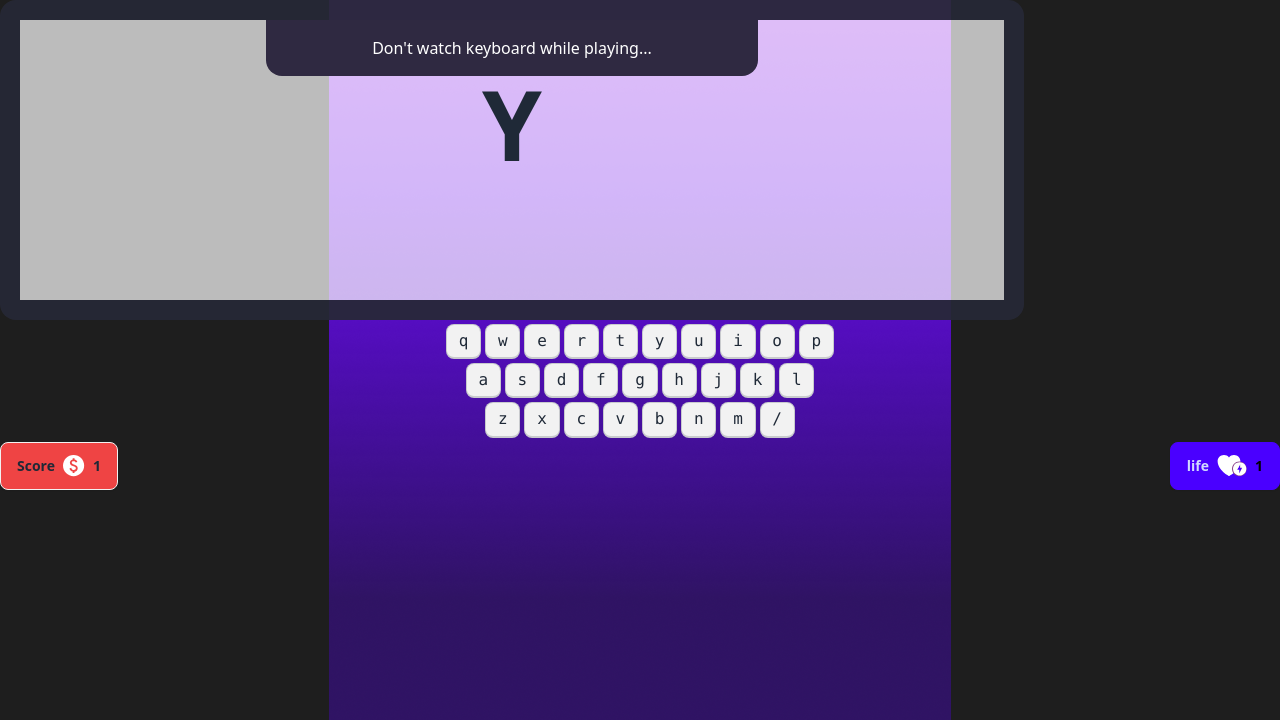
Repository: RudrasahaDibos/Alphabet-clash-
Page: index.html
These files come from the project's save history. The page is drawn as it stood at one moment and after a run of saves; the edit follows.
The browser window is 1280 px wide. The pictures show the whole page.
Some web fonts or font styles are not loaded; a fallback is used. Some web libraries are served in a nearby version.

Above is the page before, as saved 2024-11-04 12:28:32.

### index.html
<!DOCTYPE html>
<html lang="en">
    <head>
        <meta charset="UTF-8">
        <meta name="viewport" content="width=device-width, initial-scale=1.0">
        <title>Alphabet Clash</title>
        <!-- daisy apa -->
        <link
            href="https://cdn.jsdelivr.net/npm/daisyui@4.12.14/dist/full.min.css"
            rel="stylesheet" type="text/css" />
        <script src="https://cdn.tailwindcss.com"></script>

        <!-- custom css  -->
        <link rel="stylesheet" href="style.css">

    </head>
    <body>
        <main
            class="bg-[#1E1E1E] min-h-screen bg-[url(images/background.png)] bg-no-repeat bg-center ">
            <!-- home screen  start here -->
            <section class="min-h-screen flex justify-center items-center hidden">
                <div class="flex flex-col justify-center items-center gap-10 ">
                    <h1
                        class="text-white text-8xl font-extrabold anton-sc-regular uppercase ">ALPHABET
                        CLASH</h1>
                    <p class="text-white ">Unleash Your Keyboard Kung Fu : Press
                        “Enter” to Play</p>
                    <button class="btn bg-white text-black">Play Now </button>
                </div>
            </section>
            <!-- home screen end here -->
            <!-- midlle screen start here -->
            <section>
                    <!-- display screen start here -->
                    <div class="artboard artboard-horizontal phone-6 border-[20px] border-[#010313CC] bg-[#FFFFFFB3] rounded-2xl">
                          <div class="flex justify-center ">
                            <p class="text-white bg-[#2F2941] p-4 text-center rounded-b-2xl w-2/4">Don't watch keyboard  while playing...</p>
                          </div>

                          <span class="text-8xl font-extrabold flex justify-center ">Y</span>
                    </div>
                     <!-- dispaly screen end here -->

                     <!-- keyboard start here  -->
                               <div>
                                <div class="my-1 flex w-full justify-center gap-1">
                                    <kbd class="kbd">q</kbd>
                                    <kbd class="kbd">w</kbd>
                                    <kbd class="kbd">e</kbd>
                                    <kbd class="kbd">r</kbd>
                                    <kbd class="kbd">t</kbd>
                                    <kbd class="kbd">y</kbd>
                                    <kbd class="kbd">u</kbd>
                                    <kbd class="kbd">i</kbd>
                                    <kbd class="kbd">o</kbd>
                                    <kbd class="kbd">p</kbd>
                                  </div>
                                  <div class="my-1 flex w-full justify-center gap-1">
                                    <kbd class="kbd">a</kbd>
                                    <kbd class="kbd">s</kbd>
                                    <kbd class="kbd">d</kbd>
                                    <kbd class="kbd">f</kbd>
                                    <kbd class="kbd">g</kbd>
                                    <kbd class="kbd">h</kbd>
                                    <kbd class="kbd">j</kbd>
                                    <kbd class="kbd">k</kbd>
                                    <kbd class="kbd">l</kbd>
                                  </div>
                                  <div class="my-1 flex w-full justify-center gap-1">
                                    <kbd class="kbd">z</kbd>
                                    <kbd class="kbd">x</kbd>
                                    <kbd class="kbd">c</kbd>
                                    <kbd class="kbd">v</kbd>
                                    <kbd class="kbd">b</kbd>
                                    <kbd class="kbd">n</kbd>
                                    <kbd class="kbd">m</kbd>
                                    <kbd class="kbd">/</kbd>
                                  </div>
                               </div>
                      <!-- keyboard end here -->

                      <!-- life and scrore button here -->
                               <div class="flex justify-between ">
                                <button class="btn bg-red-500">
                                    Score
                                      <img src="images/love.svg" alt="">
                                      <span>1</span>
                                  </button>

                                  <button class="btn btn-primary">
                                     life
                                    <img src="images/dolar.svg" alt="">
                                    <span class="text-black">1</span>
                                  </button>
                               </div>
                      <!-- life and scrore button end here -->
            </section>
            <!-- midlle screen end here -->
             <!-- last screen start here -->
            <section>

            </section>
            <!-- last screen end here -->
        </main>
    </body>
</html>

### style.css


@import url('https://fonts.googleapis.com/css2?family=Anton+SC&family=Manrope:wght@200..800&display=swap');


.font-manrope {
    font-family: "Manrope", serif;
  }

  .anton-sc-regular {
    font-family: "Anton SC", sans-serif;
  }

After the next 2 saves:
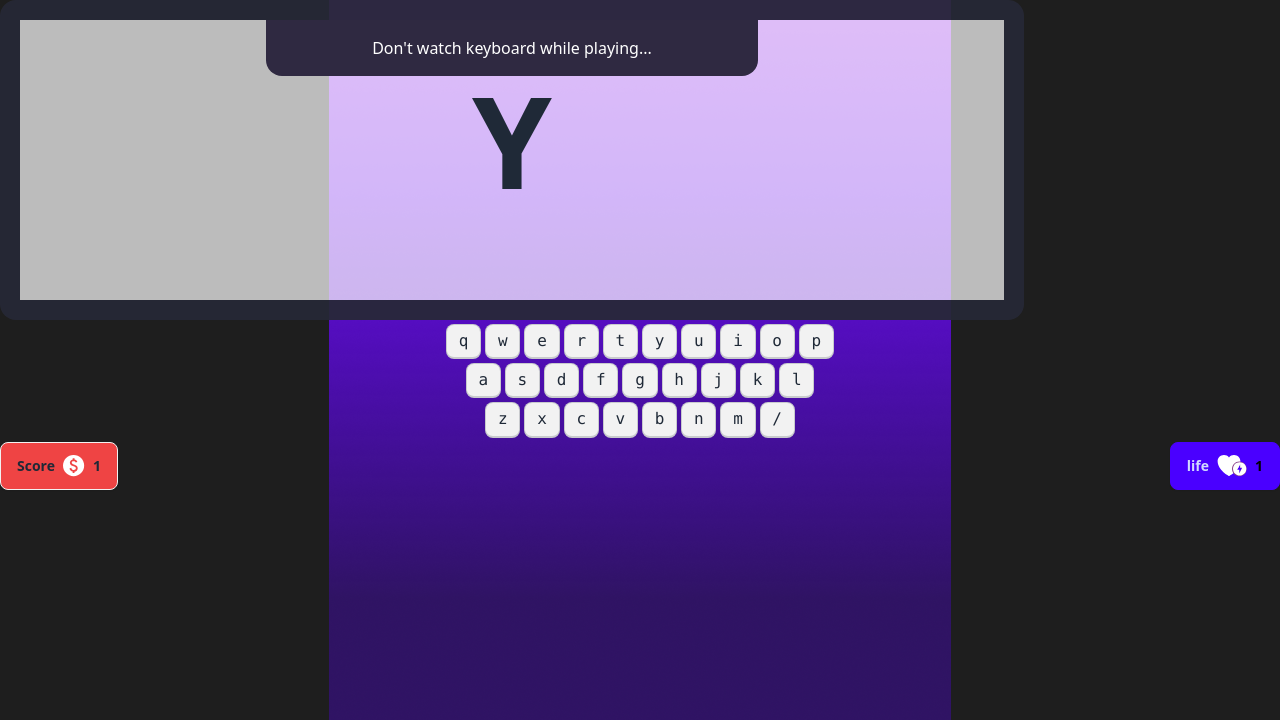
The 2 saves are shown as one change because they came seconds apart.
The last was saved 21 s later.
--- a/index.html
+++ b/index.html
@@ -37,7 +37,7 @@
                             <p class="text-white bg-[#2F2941] p-4 text-center rounded-b-2xl w-2/4">Don't watch keyboard  while playing...</p>
                           </div>
 
-                          <span class="text-8xl font-extrabold flex justify-center ">Y</span>
+                          <span class="text-9xl font-extrabold flex justify-center ">Y</span>
                     </div>
                      <!-- dispaly screen end here -->
 
